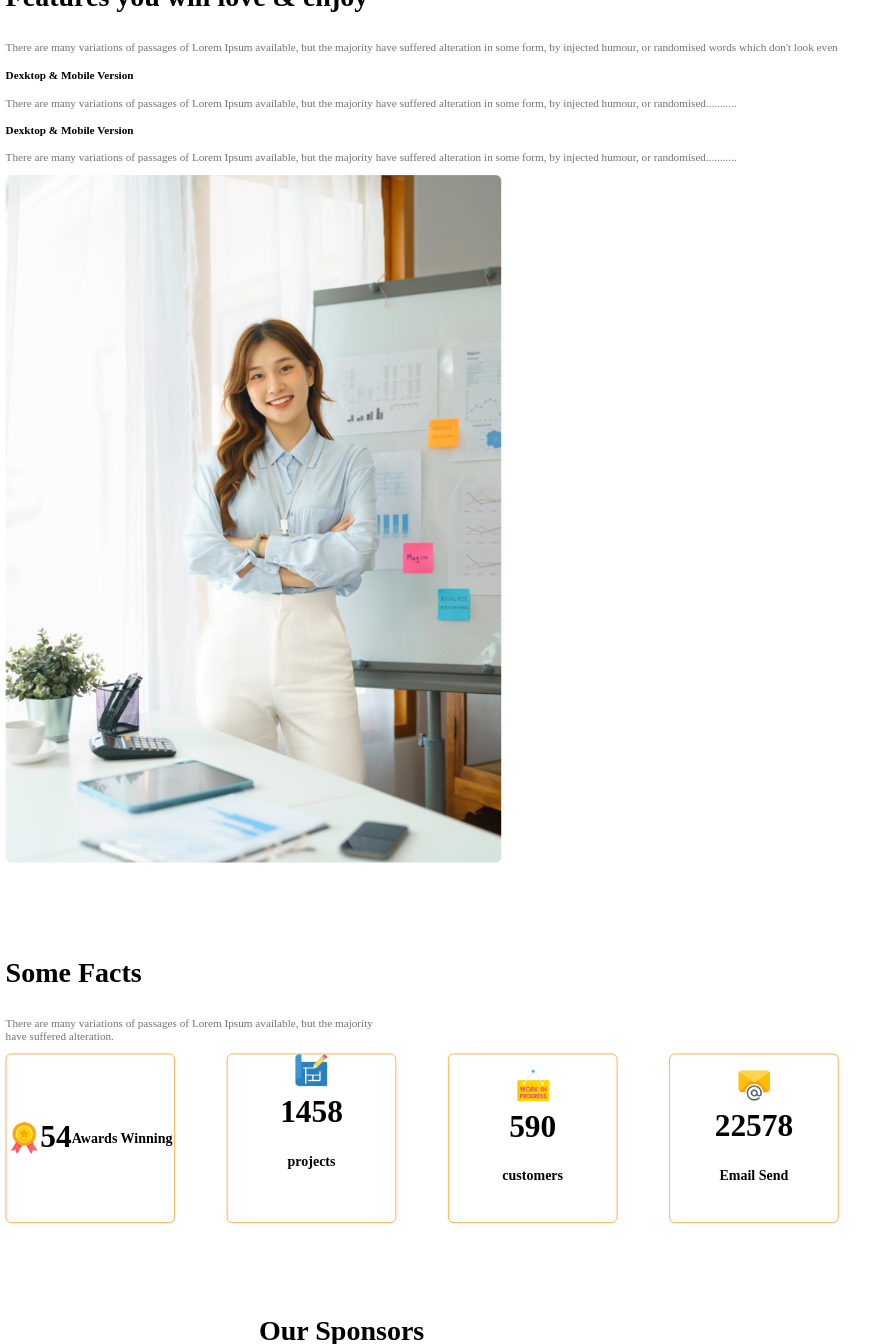
Repository: tanimtanzilislam/g3-architect-website
Page: index.html
These files come from the project's save history. The page is drawn as it stood at one moment and after the next save; the edit follows.
The browser window is 1280 px wide. The pictures show the part of the page from y = 2843 to 4763 px (the page is 5017 px tall before and 5174 px after), at 70% of full size.

Above is the page before, as saved 2026-02-06 22:25:41.

### index.html
<!DOCTYPE html>
<html lang="en">
<head>
    <meta charset="UTF-8">
    <meta name="viewport" content="width=device-width, initial-scale=1.0">
    <title>G3 Architecture</title>
    <link rel="stylesheet" href="styles/styles.css">
</head>
<body class=".work-sans-font">
    <header class="bg-light" >
        <nav class="navbar display-flex">
            <h3 class="brand">G3 Architect </h3>
             <ul class="nav-links display-flex">

                <li class="nav-item"><a href="" class="nav-link text-gray">Home</a></li>
                <li class="nav-item"><a href="" class="nav-link text-gray">About</a></li>
                <li class="nav-item"><a href="" class="nav-link text-gray">Contact-Us</a></li>
                <li class="nav-item"><a href="" class="nav-link text-gray">Login</a></li>
             </ul>
        </nav>

        <div class="banner">
        <div class="banner-content">
        <h1 class="banner-title">
                Brand new group of Architectects
            </h1>
            <p class="banner-description">
                There are many variations of passages of Lorem Ipsum available, but the majority have suffered alteration in some form, by injected humour, or randomised words which don't look even
            </p>
            <button class="btn-primary">Explore More</button>
            </div>

            <img class="banner-image" src="images/banner.png" alt="">
        </div>
    </header>
    <main>
        <!-- team section start -->
        <section class="teams display-flex">

            <div class="team-imag-container">

                <img src="images/team1.png" alt="two at=rchitect discussing about design">
                 <img src="images/team2.png" alt="">
                 <img src="images/team3.png" alt="">
                 <img src="images/team4.png" alt="">
            </div>

            <div class="our-features">
                <h3 class="section-title"> <span id="quick-list">Quick list </span><span>of our</span> <span  class="text-primary">features</span></h3>
                 <p class="feature-description  text-light-gray">
                    There are many variations of passages of Lorem Ipsum available, but the majority have suffered alteration in some form, by injected humour, or randomised words which don't look even
                 </p>
                 <button class="btn-primary">Explore More</button>
            </div>




        </section>

        <!-- featue section started -->
         <section class="features">
            <div>
           <h3 id="feature-section-title" class="section-title">Features you will love & enjoy</h3>
           <p class="text-light-gray">There are many variations of passages of Lorem Ipsum available, but the majority have suffered alteration in some form, by injected humour, or randomised words which don't look even</p>

           <!-- feature card container -->
            <div class="feature-card">
                <h4 class="feature-title">Dexktop & Mobile Version</h4>
                <p class="text-light-gray"> There are many variations of passages of Lorem Ipsum available, but the majority have suffered alteration in some form, by injected humour, or randomised...........</p>
            </div>
            <div class="feature-card">
                <h4 class="feature-title">Dexktop & Mobile Version</h4>
                <p class="text-light-gray"> There are many variations of passages of Lorem Ipsum available, but the majority have suffered alteration in some form, by injected humour, or randomised...........</p>
            </div>
            </div>
            <div>
                <img src="images/architect.png" alt="">
            </div>
         </section>

        <!-- some facts -->
         <section>
            <h3 class="section-title"> Some Facts</h3>
            <p class="text-light-gray fact-description">There are many variations of passages of Lorem Ipsum available, but the majority have suffered alteration.</p>

            <div class="facts-container">
                <!-- .fact-card*4>img.fact-icon+h4.fact-number+h5.fact-name -->
             <div class="fact-card display-flex">
                <img src="images/icons/ribon.png" alt="" class="fact-icon">
                <h4 class="fact-number">54</h4>
                <h5 class="fact-name">Awards Winning</h5>
             </div>
             <div class="fact-card">
                <div >
                    <img src="images/icons/projects.png" alt="" class="fact-icon">
                <h4 class="fact-number">1458</h4>
                <h5 class="fact-name">projects</h5>
                </div>
             </div>
             <div class="fact-card display-flex">
                <div>
                    <img src="images/icons/customers.png" alt="" class="fact-icon">
                <h4 class="fact-number">590</h4>
                <h5 class="fact-name">customers</h5>
                </div>
             </div>
             <div class="fact-card display-flex">
                <div>
                    <img src="images/icons/email.png" alt="" class="fact-icon">
                <h4 class="fact-number">22578</h4>
                <h5 class="fact-name">Email Send</h5>
                </div>
             </div>

            </div>

         </section>

         <!-- our facts -->
          <section class="our-sponsors">
            <div class="sponsor-info">
               <h3 class="section-title">Our Sponsors</h3>
               <p class="text-light-gray">
                There are many variations of passages of Lorem Ipsum available, but the majority have suffered alteration.
               </p>
               <div class="sponsor-companies">

                <img src="images/sponsors/spotify.png" alt="">
                 <img src="images/sponsors/google.png" alt="">
                  <img src="images/sponsors/amazon.png" alt="">
                   <img src="images/sponsors/telerama.png" alt="">
                    <img src="images/sponsors/figma.png" alt="">
               </div>

            </div>

          </section>
    </main>
    <footer></footer>

</body>
</html>

### styles/styles.css
@import url('https://fonts.googleapis.com/css2?family=Work+Sans:ital,wght@0,100..900;1,100..900&display=swap');

.work-sans-font{
  font-family: "Work Sans", sans-serif;
  font-optical-sizing: auto;
  font-weight: 400;
  font-style: normal;
}

/* shared styles */
.display-flex{
  display:flex;
}

.text-gray{
  color:#424242;
}

/* dark02 */
.text-light-gray{
  color:#727272;
}

/* header styles */

.navbar{
  justify-content: space-between;
  align-items:center;
}
.brand{
  font-weight:700;
  font-size:45px;
}

/* navbar related styles */
.bg-light{
  background-color: rgba(255,144,14,0.1);
}

.nav-item{
  list-style:none;
  margin-right:30px;
}

.nav-link{
  text-decoration:none;
  font-weight:500;
}
.navbar ,.banner{
  max-width:1440px;
  margin:0 auto;
}

/* banner related styles */

.banner-content{
  max-width:850px;
  margin: 0 auto 50px auto;
}
.banner-title{
  font-weight: 700;
  font-size:4em;
}
.btn-primary{
  background-color:#FF900E;
  color:white;
  padding:20px 25px;
  font-size: 1.25rem;
  font-weight:600;
  border-radius: 0;
}
.banner-image{
  width:100%;
}

/* team and feature related styles */

.teams{
  align-items:center;
}
.team-img-container{
  display:grid;
  grid-template-columns: repeat(2,1fr);
}
main>section{
  margin-top:130px;
}

.our-features{
  margin-left: 130px;
  max-width: 530px;
}

.section-title{
  font-size:2.5rem;
  font-weight: 700;
}
#quick-list{
  font-weight:500;
}


/* Features section related styles */
#featue-section-title{
  border-left: 5px solid #FF900E;
  padding:20px;
}
.facts-container{
  display:grid;
  grid-template-columns: repeat(4,1fr);
}

/* Some Facts related styles */
.fact-card{
  border: 1px solid #FF900E;
  width:240px;
  height:240px;
  border-radius:8px;
  text-align: center;
  align-items:center;
  justify-content: center;
}
.fact-number{
  font-size: 2.8rem;
  font-weight: 600;
  margin-top:5px;
  margin-bottom:10px;
}
.fact-name{
  font-size:1.25rem;
  font-weight:600;
}

.text-primary{
  color:#FF900E;
}
.fact-description{
  max-width:540px;
}
.sponsor-companies{
  justify-items: center;
  gap:24px;
}

/* responsive media query */
@media screen and (max-width:576px){
  .navbar ,.nav-links, .teams{
    flex-direction: column;
  }

  .team-img-container, .facts-container,
  .sponsor-companies{
    grid-template-columns: 1fr;
  }
  .facts-container,.sponsor-companies{
    justify-content: center;
    gap:24px;
  }
  .our-features{
    margin-left:20px;
  }
}

main{
  max-width:1440px;
  margin:0px auto;
}

/* sponsor related styles */
.sponsor-info{
  max-width:540px;
  margin:50px auto;
}
.sponsor-companies img{
  filter:grayscale(100%);
}

/*  medium size device */
@media screen and (min-width:576px) and (max-width:992px){
  .teams{
    flex-direction:column;
  }
  .our-features{
    margin:50px auto;
  }
  .sponsor-companies,.facts-container{
    grid-template-columns:repeat(3,1fr);
    gap:50px;
    justify-items: center;
  }
}

After the next save:
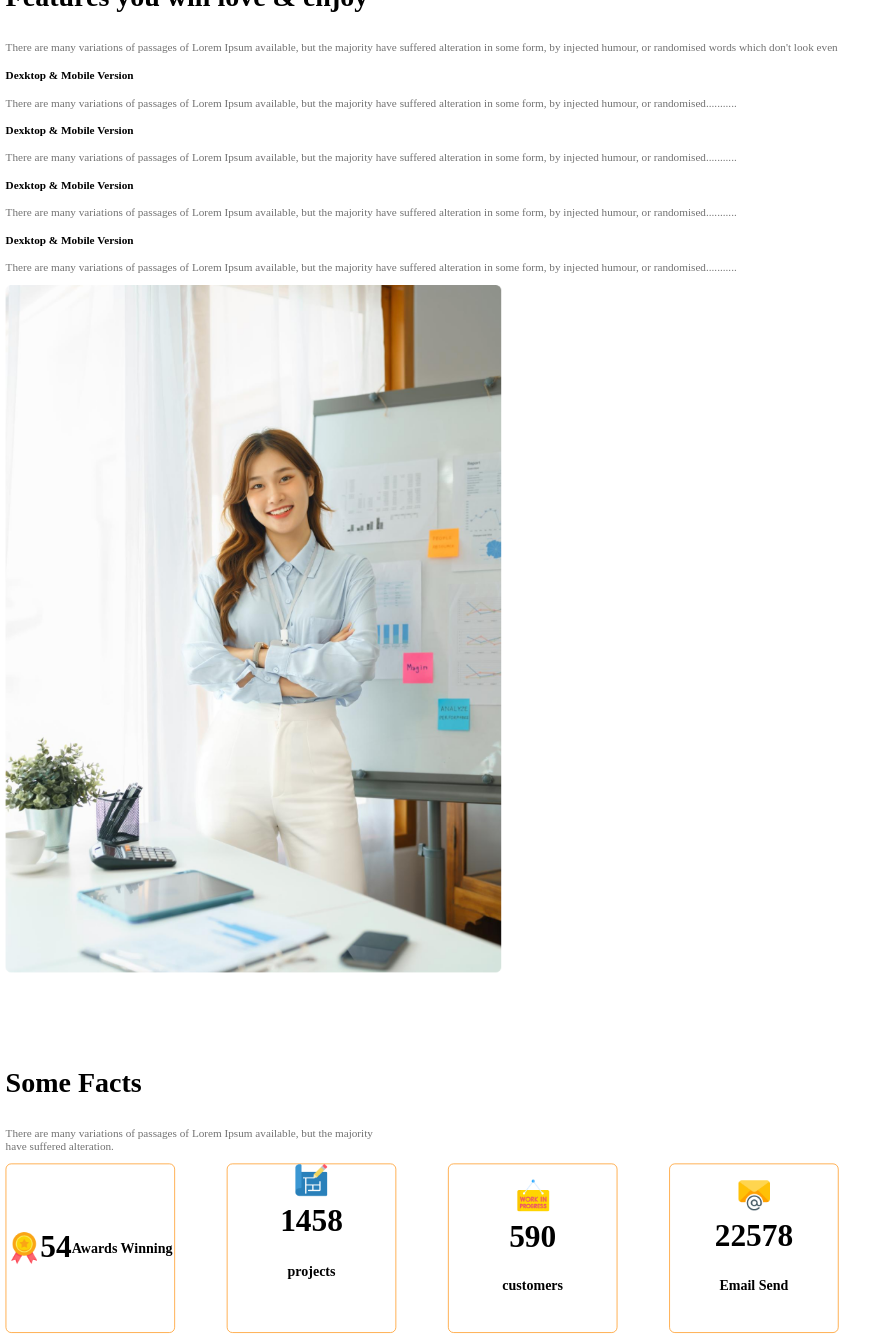
Saved 4 s later.
--- a/index.html
+++ b/index.html
@@ -65,6 +65,14 @@
            <p class="text-light-gray">There are many variations of passages of Lorem Ipsum available, but the majority have suffered alteration in some form, by injected humour, or randomised words which don't look even</p>
 
            <!-- feature card container -->
+            <div class="feature-card">
+                <h4 class="feature-title">Dexktop & Mobile Version</h4>
+                <p class="text-light-gray"> There are many variations of passages of Lorem Ipsum available, but the majority have suffered alteration in some form, by injected humour, or randomised...........</p>
+            </div>
+            <div class="feature-card">
+                <h4 class="feature-title">Dexktop & Mobile Version</h4>
+                <p class="text-light-gray"> There are many variations of passages of Lorem Ipsum available, but the majority have suffered alteration in some form, by injected humour, or randomised...........</p>
+            </div>
             <div class="feature-card">
                 <h4 class="feature-title">Dexktop & Mobile Version</h4>
                 <p class="text-light-gray"> There are many variations of passages of Lorem Ipsum available, but the majority have suffered alteration in some form, by injected humour, or randomised...........</p>
